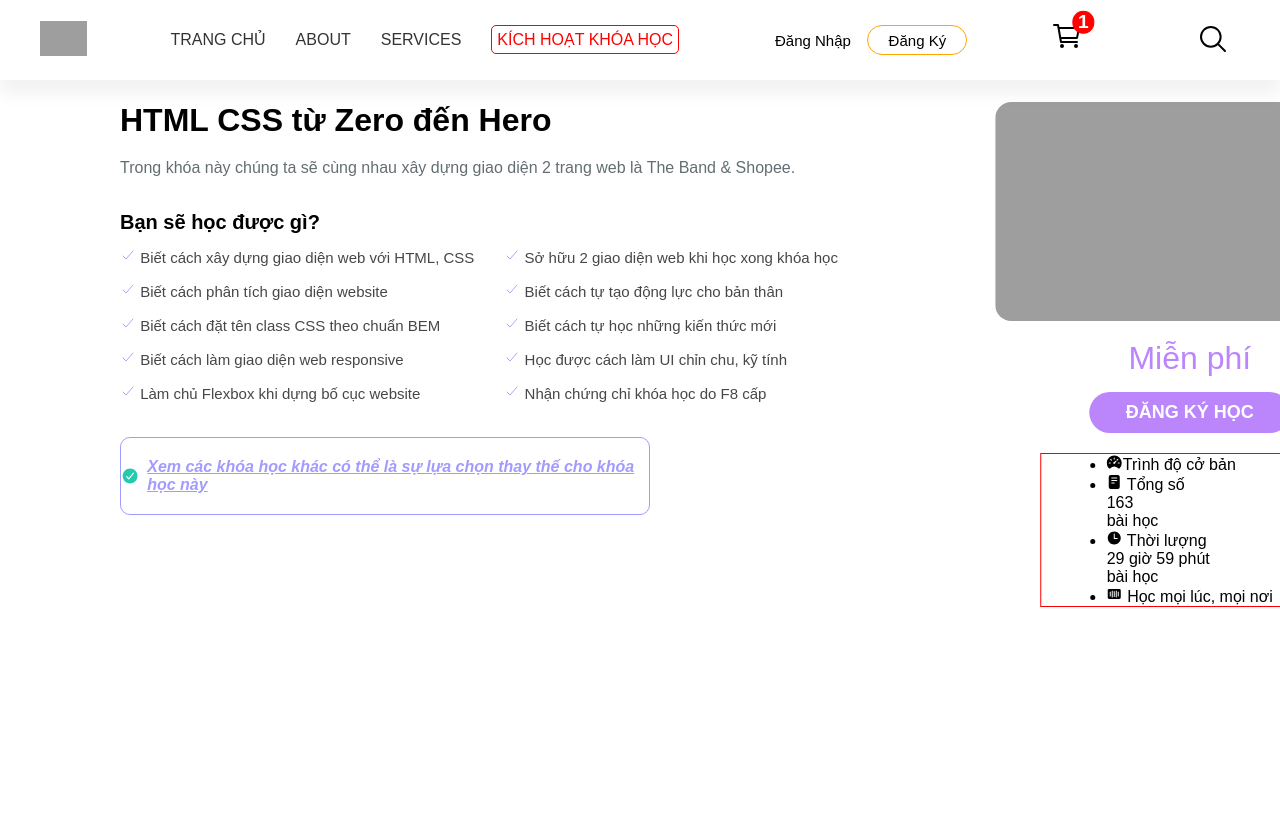
Repository: hoanghuuphuc/hoanghuuphuc
Page: details.html
An editor plug-in stored every save of this project. The page is shown before and after the next save, followed by the edit.
The browser window is 1280 px wide. The pictures show the whole page.
Pictures or frames that could not be fetched are drawn as grey boxes.

Above is the page before, as saved 2022-12-11 22:28:49.
Console error: TypeError: Cannot read properties of null (reading 'addEventListener')

### details.html
<!DOCTYPE html>
<html lang="en">
  <head>
    <meta charset="UTF-8" />
    <meta http-equiv="X-UA-Compatible" content="IE=edge" />
    <meta name="viewport" content="width=device-width, initial-scale=1.0" />
    <title>Product-Details</title>
    <link rel="stylesheet" href="./style.css" />
    <link rel="stylesheet" href="./rps_mobile.css" />
    <link rel="preconnect" href="https://fonts.gstatic.com" />
  </head>
  <body>
    <header>
      <div class="logo">
        <a href="">
          <img id="img" src="./Img/logene.jfif" alt="" />
        </a>
      </div>
      <div class="group">
        <ul class="navigation">
          <li><a href="">Trang Chủ</a></li>
          <li><a href="">About</a></li>
          <li><a href="">Services</a></li>
          <li><a id="active" href="">Kích Hoạt Khóa Học</a></li>
        </ul>
      </div>
      <div class="User">
        <div class="but">
          <button>Đăng Nhập</button>
          <button>Đăng Ký</button>
        </div>
      </div>
      <div class="icons">
        <ion-icon name="cart-outline"></ion-icon>
        <span>1</span>
      </div>
      <div class="search">
        <span class="icon">
          <ion-icon name="search-outline" class="searchBtn"></ion-icon>
          <ion-icon name="close-outline" class="closeBtn"></ion-icon>
        </span>
      </div>
      <ion-icon name="menu-outline" class="menuToggle"></ion-icon>
      <div class="searchBox">
        <input type="text" placeholder="Search here . . ." />
      </div>
    </header>
    <div class="details-section">
      <div class="details-left">
        <div class="details-left-name">
          <h1>HTML CSS từ Zero đến Hero</h1>
          <span
            >Trong khóa này chúng ta sẽ cùng nhau xây dựng giao diện 2 trang web
            là The Band & Shopee.</span
          >
        </div>
        <span class="bonus">Bạn sẽ học được gì?</span>
        <div class="details-left-content">
          <ul>
            <li>
              <ion-icon name="checkmark-outline"></ion-icon>
              Biết cách xây dựng giao diện web với HTML, CSS
            </li>
            <li>
              <ion-icon name="checkmark-outline"></ion-icon>
              Biết cách phân tích giao diện website
            </li>
            <li>
              <ion-icon name="checkmark-outline"></ion-icon>
              Biết cách đặt tên class CSS theo chuẩn BEM
            </li>
            <li>
              <ion-icon name="checkmark-outline"></ion-icon>
              Biết cách làm giao diện web responsive
            </li>
            <li>
              <ion-icon name="checkmark-outline"></ion-icon>
              Làm chủ Flexbox khi dựng bố cục website
            </li>
          </ul>
          <ul>
            <li>
              <ion-icon name="checkmark-outline"></ion-icon>
              Sở hữu 2 giao diện web khi học xong khóa học
            </li>
            <li>
              <ion-icon name="checkmark-outline"></ion-icon>
              Biết cách tự tạo động lực cho bản thân
            </li>
            <li>
              <ion-icon name="checkmark-outline"></ion-icon>
              Biết cách tự học những kiến thức mới
            </li>
            <li>
              <ion-icon name="checkmark-outline"></ion-icon>
              Học được cách làm UI chỉn chu, kỹ tính
            </li>
            <li>
              <ion-icon name="checkmark-outline"></ion-icon>
              Nhận chứng chỉ khóa học do F8 cấp
            </li>
          </ul>
        </div>
        <div class="details-left-tag">
          <ion-icon name="checkmark-circle"></ion-icon>
          <a href="#">
            Xem các khóa học khác có thể là sự lựa chọn thay thế cho khóa học
            này
          </a>
        </div>
      </div>
      <div class="details-right">
        <div class="details-right-video">
          <iframe
            width="389"
            height="219"
            src="https://www.youtube.com/embed/YTDHcEJs684"
            title="YouTube video player"
            frameborder="0"
            allow="accelerometer; autoplay; clipboard-write; encrypted-media; gyroscope; picture-in-picture"
            allowfullscreen></iframe>
        </div>
        <div class="details-right-content1">
          <span>Miễn phí</span>
          <button>ĐĂNG KÝ HỌC</button>
        </div>
        <div class="details-right-content2">
          <ul>
            <li>
              <ion-icon name="speedometer"></ion-icon
              ><span>Trình độ cở bản</span>
            </li>
            <li>
              <ion-icon name="reader"></ion-icon>
              <span
                >Tổng số
                <p>163</p>
                bài học</span
              >
            </li>
            <li>
              <ion-icon name="time"></ion-icon>
              <span
                ><span
                  >Thời lượng
                  <p>29 giờ 59 phút</p>
                  bài học</span
                ></span
              >
            </li>
            <li>
              <ion-icon name="barcode"></ion-icon
              ><span> Học mọi lúc, mọi nơi </span>
            </li>
          </ul>
        </div>
      </div>
    </div>

    <script src="./app.js"></script>
    <script
      type="module"
      src="https://unpkg.com/ionicons@5.5.2/dist/ionicons/ionicons.esm.js"></script>
    <script
      nomodule
      src="https://unpkg.com/ionicons@5.5.2/dist/ionicons/ionicons.js"></script>
  </body>
</html>

### style.css
* {
  margin: 0;
  padding: 0;
  box-sizing: border-box;
  font-family: "Poppins", sans-serif;
}
body {
  min-height: 100vh;
  overflow-x: hidden;
}
header {
  position: absolute;
  position: fixed;
  z-index: 100;
  top: 0;
  left: 0;
  width: 100%;
  height: 80px;
  background: #fff;
  padding: 20px 40px;
  display: flex;
  justify-content: space-between;
  align-items: center;
  box-shadow: 0px 15px 15px rgba(0, 0, 0, 0.05);
}
.logo img {
  height: 35px;
}
.group {
  display: flex;
  align-items: center;
}
header ul {
  position: relative;
  display: flex;
  gap: 30px;
}
header ul li {
  list-style: none;
}
header ul li a {
  position: relative;
  text-decoration: none;
  font-size: 1em;
  color: #333;
  text-transform: uppercase;
}
header ul li #active {
  border: 1px solid red;
  padding: 5px;
  color: red;
  border-radius: 5px;
}
header ul li a::before {
  content: "";
  position: absolute;
  bottom: -2px;
  width: 100%;
  height: 2px;
  background: #333;
  transform: scaleX(0);
  transition: transform 0.5s ease-in-out;
  transform-origin: right;
}
header ul li a:hover {
  opacity: 0.5;
}
header .User {
  display: flex;
  align-items: center;
}
header .User .but button:nth-child(1) {
  color: #000;
  font-size: 15px;
  height: 30px;
  width: 100px;
  outline: none;
  border: none;
  background: #fff;
}
header .User .but button:nth-child(2) {
  color: #000;
  font-size: 15px;
  height: 30px;
  width: 100px;
  border: 1px solid orange;
  background: #fff;
  border-radius: 15px;
}
header .User .but button:hover {
  opacity: 0.5;
}
header .icons {
  font-size: 2em;
  position: relative;
}
header .icons span {
  position: absolute;
  top: 0%;
  right: 0%;
  line-height: 5%;
  margin-bottom: 50px;
  font-size: 60%;
  color: #fff;
  border: 1px solid red;
  background: red;
  padding: 10px 5px 10px 5px;
  text-align: center;
  font-family: Arial, Helvetica, sans-serif;
  transform: translateX(50%) translateY(-40%);
  border-radius: 100%;
  font-weight: bold;
}
header .search {
  position: relative;
  display: flex;
  justify-content: center;
  align-items: center;
  font-size: 2em;
  z-index: 10;
  cursor: pointer;
}
.searchBox {
  position: absolute;
  right: -100%;
  width: 100%;
  height: 100%;
  display: flex;
  background: #fff;
  align-items: center;
  padding: 0 30px;
  transition: 0.5s ease-in-out;
}
.searchBox.active {
  right: 0;
}
.searchBox input {
  width: 100%;
  border: none;
  outline: none;
  height: 50px;
  color: #333;
  font-size: 1.25em;
  background: #fff;
  border-bottom: 1px solid rgba(0, 0, 0, 0.5);
}
.searchBtn {
  position: relative;
  left: 30px;
  top: 2.5px;
  transition: 0.5s ease-in-out;
}
.searchBtn.active {
  left: 0;
}
.closeBtn {
  opacity: 0;
  visibility: hidden;
  transition: 0.5s;
  scale: 0;
}
.closeBtn.active {
  opacity: 1;
  visibility: visible;
  transition: 0.5s;
  scale: 1;
}
.menuToggle {
  position: relative;
  display: none;
  left: 0;
}
.banner img {
  background-repeat: no-repeat;
  background-size: cover;
  margin-top: 4%;
}
.content {
  display: flex;
  flex-direction: row;
  margin-top: 50px;
  user-select: none;
  justify-content: center;
}
.content .content-1 {
  background-color: black;
  height: 2px;
  width: 200px;
}
.content .content-2 {
  font-size: 30px;
  font-family: "Segoe UI", Tahoma, Geneva, Verdana, sans-serif;
  font-weight: 600;
  padding: 10px;
  margin-top: -32px;
}
.content .content-3 {
  background-color: black;
  height: 2px;
  width: 200px;
}
.boxs {
  display: flex;
  justify-content: center;
  flex-wrap: wrap;
}
.box {
  margin-top: 10px;
  padding: 20px;
  margin: 10px;
  background: #f0f0f0;
  border-radius: 15px;
}
.box-image img {
  height: 250px;
  border-radius: 5%;
}
.box-content .box-name {
  display: flex;
  justify-content: center;
  align-items: center;
  padding: 10px;
}
.box-content .box-name span {
  font-weight: 700;
  margin-right: 5px;
  font-size: 20px;
  font-family: "Segoe UI", Tahoma, Geneva, Verdana, sans-serif;
  overflow: hidden;
  text-overflow: ellipsis;
  white-space: nowrap;
  width: 200px;
  text-align: center;
}
.box-content .box-price {
  display: flex;
  flex-direction: column;
  justify-content: center;
  padding: 5px 10px 10px 10px;
}
.box-content .box-price .price {
  padding: 0px 10px 10px 10px;
}
.price {
  overflow: hidden;
  text-overflow: ellipsis;
  white-space: nowrap;
  width: 210px;
}
.box-content .box-price .price span {
  font-size: 18px;
  font-weight: 500;
}
.box-content .box-price .price a {
  font-weight: 600;
}
.sale {
  overflow: hidden;
  text-overflow: ellipsis;
  white-space: nowrap;
  width: 210px;
}
.box-content .box-price .sale {
  padding: 0px 10px 0px 10px;
}
.box-content .box-price .sale span {
  font-size: 18px;
}
.box-content .box-price .sale a {
  font-size: 18px;
  color: red;
  font-weight: bold;
  text-decoration: none;
}
.box-btn {
  display: flex;
  justify-content: space-between;
  align-items: center;
  border-top: 1px solid #c0c0c0;
}
.box-btn button {
  padding: 5px 20px;
  font-size: 16px;
  font-weight: 500;
  font-family: "Lucida Sans", "Lucida Sans Regular", "Lucida Grande",
    "Lucida Sans Unicode", Geneva, Verdana, sans-serif;
  color: orangered;
  border: 1px solid orangered;
  border-radius: 5px;
  margin-top: 15px;
}
.box-btn button:hover {
  opacity: 0.5;
}
.box-btn ion-icon {
  font-size: 25px;
  font-weight: 500;
  color: orangered;
  margin-top: 15px;
  font-weight: 300;
}
.box-btn ion-icon:hover {
  opacity: 0.5;
}
.title {
  padding: 20px 0px 20px 150px;
}
.title span {
  font-size: 18px;
}
.tabs {
  display: flex;
  justify-content: flex-start;
  padding: 10px 150px 0px 150px;
  flex-wrap: wrap;
}
.tabs .tab-item {
  margin: 0px 0px 0px 5px;
}
.tabs .line {
  position: absolute;
  left: 0;
  bottom: 0;
  width: 0;
  height: 6px;
  border-radius: 15px;
  transition: all 0.2s ease;
}
.tab-item {
  min-width: 80px;
  padding: 5px 10px;
  font-size: 20px;
  text-align: center;
  color: #181821;
  background-color: #dee1e2;
  border-top-left-radius: 5px;
  border-top-right-radius: 5px;
  border-bottom: 5px solid transparent;
  opacity: 0.6;
  cursor: pointer;
  transition: all 0.5s ease;
  display: flex;
  justify-content: center;
  align-items: center;
  border-bottom: 2px solid #000;
}
.tab-icon {
  font-size: 24px;
  position: relative;
}
.tab-item:hover {
  opacity: 1;
  background-color: rgba(194, 53, 100, 0.05);
  border-color: rgba(194, 53, 100, 0.1);
}
.tab-item.active {
  opacity: 1;
  color: #ff4500;
  font-weight: 500;
  border-bottom: 2px solid #ff4500;
}
.tab-content {
  padding: 28px 0px 0px 150px;
}
.tab-pane {
  color: #333;
  display: none;
}
.tab-pane.active {
  display: block;
}
.tab-pane h2 {
  font-size: 24px;
  margin-bottom: 8px;
}
.boxeds {
  display: flex;
  flex-wrap: wrap;
}
.boxed {
  margin-top: 10px;
  padding: 20px;
  margin: 20px 20px 10px 0px;
  background: #f0f0f0;
  border-radius: 15px;
}
.boxed-image img {
  height: 250px;
  width: auto;
  border-radius: 10px;
  overflow: hidden;
  object-fit: cover;
}
.boxed-content .boxed-content-name {
  display: flex;
  justify-content: center;
  align-items: center;
  padding: 10px;
}
.boxed-content-name span {
  font-weight: 600;
  margin-right: 5px;
  font-size: 20px;
  font-family: "Segoe UI", Tahoma, Geneva, Verdana, sans-serif;
  overflow: hidden;
  text-overflow: ellipsis;
  white-space: nowrap;
  width: 200px;
  text-align: center;
  font-weight: 700;
}
.boxed-content-price {
  padding: 5px 10px 10px 10px;
}
.boxed-content-price1 span {
  font-size: 18px;
  font-weight: 500;
}
.boxed-content-price1 a {
  font-weight: 600;
}
.boxed-content-sale {
  padding: 10px 10px 10px 0px;
}
.boxed-content-sale span {
  font-size: 18px;
  font-weight: 500;
}
.boxed-content-sale a {
  font-weight: 600;
  color: red;
}
.boxed-content-btn {
  display: flex;
  justify-content: space-between;
  align-items: center;
  border-top: 1px solid #c0c0c0;
}
.boxed-content-btn button {
  padding: 5px 20px;
  font-size: 16px;
  font-weight: 500;
  font-family: "Lucida Sans", "Lucida Sans Regular", "Lucida Grande",
    "Lucida Sans Unicode", Geneva, Verdana, sans-serif;
  color: orangered;
  border: 1px solid orangered;
  border-radius: 5px;
  margin-top: 15px;
}
.boxed-content-btn button:hover {
  opacity: 0.5;
}
.boxed-content-btn ion-icon {
  font-size: 25px;
  font-weight: 500;
  color: orangered;
  margin-top: 15px;
  font-weight: 300;
}
.boxed-content-btn ion-icon:hover {
  opacity: 0.5;
}
footer {
  background: #181821;
  display: flex;
  justify-content: space-around;
  padding: 100px;
}
.footer-one a {
  font-size: 25px;
  padding: 5px;
  color: #fff;
  font-weight: 600;
}
.footer-one ul li {
  color: #a9b3bb;
  list-style: none;
  padding: 5px;
  font-size: 16px;
}
.footer-one span {
  font-style: italic;
}
.footer-two span {
  font-size: 25px;
  padding: 5px;
  color: #fff;
  font-weight: 600;
}
.footer-two ul li {
  color: #a9b3bb;
  list-style: none;
  padding: 5px;
  font-size: 16px;
}
.footer-three span {
  font-size: 25px;
  padding: 5px;
  color: #fff;
  font-weight: 600;
}
.footer-three ul li {
  color: #a9b3bb;
  list-style: none;
  padding: 5px;
  font-size: 16px;
}
.footers {
  display: flex;
  justify-content: space-around;
  background: #181821;
  padding: 10px;
  border-top: 2px solid #333;
  align-items: center;
}
.footers-text {
  color: #a9b3bb;
  font-size: 16px;
}
.footers-media img {
  width: auto;
  height: 40px;
  object-fit: cover;
  padding: 5px;
}
/* Css của form login */
.container {
  display: flex;
  justify-content: center;
  flex-direction: column;
  align-items: center;
  min-height: 100vh;
}
.form-login {
  border: 1px solid #999;
  padding: 50px 50px 30px 50px;
  width: 400px;
}
.form-login-input {
  margin: 15px 0;
}
.form-login-image {
  display: flex;
  justify-content: center;
  margin-bottom: 50px;
}
.form-input {
  border: 1px solid #999;
  border-radius: 4px;
  width: 100%;
  height: 50px;
  padding: 0 20px;
  transition: 0.25s ease;
  outline: none;
}
.form-input:focus {
  border-color: #ff4500;
}
.form-login-input {
  position: relative;
}
.form-label {
  position: absolute;
  top: 50%;
  transform: translateY(-50%);
  left: 21px;
  user-select: none;
  color: #999;
  pointer-events: none;
  transition: 0.25s ease;
}
.form-input:not(:placeholder-shown) + .form-label,
.form-input:focus + .form-label {
  top: 0;
  left: 11px;
  padding: 0 10px;
  display: inline-block;
  background-color: #fff;
  color: #ff4500;
  font-weight: 500;
  font-size: 14px;
}
.form-login-input .fa-regular {
  position: absolute;
  left: 90%;
  top: 18px;
  cursor: pointer;
}
.form-login-input .hidden {
  display: none;
}
.remember {
  display: flex;
  align-items: center;
}
.remember span {
  color: #999;
  margin-left: 10px;
}
.btn-login button {
  margin-top: 10px;
  width: 100%;
  padding: 8px;
  font-weight: 600;
  font-style: 20px;
  transition: 0.25s ease;
  font-family: "Segoe UI", Tahoma, Geneva, Verdana, sans-serif;
}
.btn-login button:hover {
  opacity: 0.5;
}
.or {
  display: flex;
  flex-direction: row;
  margin-top: 20px;
  user-select: none;
  justify-content: center;
}
.or-left {
  background-color: #999;
  height: 1px;
  width: 45%;
}
.or-center {
  font-family: "Segoe UI", Tahoma, Geneva, Verdana, sans-serif;
  font-weight: 600;
  padding: 10px;
  margin-top: -22px;
  color: #999;
}
.or-right {
  background-color: #999;
  height: 1px;
  width: 45%;
}
.forgot {
  padding-top: 20px;
  display: flex;
  justify-content: flex-end;
}
.forgot a {
  text-decoration: none;
  font-weight: 500;
  color: rgb(0, 149, 246);
}
.logins {
  display: grid;
  grid-template-columns: 1fr 3fr;
  align-items: center;
  padding: 0 10px;
}
.logins a {
  text-decoration: none;
}
.logins span {
  color: #333;
  padding-left: 10%;
  font-weight: 600;
  font-family: "Segoe UI", Tahoma, Geneva, Verdana, sans-serif;
}
.logins img {
  height: 30px;
  margin-left: 10px;
  transform: translateX(100%);
}
.login-facebook {
  margin-bottom: 10px;
}
.form-login-2 {
  border: 1px solid #999;
  padding: 20px 60px;
  margin-top: 10px;
}
.form-login-2 span a {
  text-decoration: none;
  font-weight: 600;
  color: rgb(0, 149, 246);
  font-family: "Segoe UI", Tahoma, Geneva, Verdana, sans-serif;
}
/* Css của trang chi tiết */
.details-section {
  margin-top: 8%;
  display: grid;
  grid-template-columns: 3fr 1fr;
  padding: 0 120px;
}
.details-left {
}
.details-left-name {
  margin-bottom: 20px;
}
.details-left-name h1 {
  margin-bottom: 20px;
}
.details-left-name span {
  font-weight: 300;
  color: #636e72;
}
.details-section .bonus {
  font-weight: 600;
  font-size: 20px;
  line-height: 50px;
}
.details-left-content {
  display: flex;
  flex-wrap: wrap;
  justify-content: flex-start;
  align-items: center;
}
.details-left-content ul li {
  list-style: none;
  margin-bottom: 15px;
  padding-left: 0;
  margin-right: 30px;
  font-size: 15px;
  color: #333;
  font-weight: 300;
  opacity: 0.9;
}
.details-left-content ul li ion-icon {
  color: #a29bfe;
  font-weight: bold;
  font-size: 16px;
}
.details-left-tag {
  margin-top: 20px;
  display: flex;
  align-items: center;
  justify-content: center;
  border: 1px solid #a29bfe;
  width: 68%;
  padding: 20px 0px;
  border-radius: 10px;
}
.details-left-tag ion-icon {
  margin-right: 8px;
  color: #22caaf;
  font-size: 20px;
}
.details-left-tag a {
  font-weight: 600;
  font-style: italic;
  color: #a29bfe;
  text-decoration: none;
  text-decoration-line: underline;
}
.details-right {
  display: flex;
  flex-direction: column;
  align-items: center;
  position: fixed;
  transform: translateX(225%);
}
.details-right-video iframe {
  border-radius: 16px;
}
.details-right-content1 {
  display: flex;
  flex-direction: column;
  align-items: center;
}
.details-right-content1 span {
  margin: 15px;
  font-size: 32px;
  user-select: none;
  color: #bb86fc !important;
}
.details-right-content1 button {
  font-size: 1rem;
  padding: 10px 36px;
  border-radius: 999px !important;
  border: none;
  background: #bb86fc !important;
  color: #fff;
  font-size: 18px;
  font-weight: 600;
}
.details-right-content2 {
  margin-top: 20px;
  display: flex;
  align-items: center;
  justify-content: center;
  border: 1px solid red;
  width: 300px;
}

### app.js
let searchBtn = document.querySelector(".searchBtn");
let closeBtn = document.querySelector(".closeBtn");
let searchBox = document.querySelector(".searchBox");
let navigation = document.querySelector(".navigation");
let menuToggle = document.querySelector(".menuToggle");
let header = document.querySelector("header");
searchBtn.onclick = function () {
  searchBox.classList.add("active");
  closeBtn.classList.add("active");
  searchBtn.classList.add("active");
  menuToggle.classList.add("hide");
  header.classList.remove("open");
};
closeBtn.onclick = function () {
  searchBox.classList.remove("active");
  closeBtn.classList.remove("active");
  searchBtn.classList.remove("active");
  menuToggle.classList.remove("hide");
};
menuToggle.onclick = function () {
  header.classList.toggle("open");
  searchBox.classList.remove("active");
  closeBtn.classList.remove("active");
  searchBtn.classList.remove("active");
};
const $ = document.querySelector.bind(document);
const $$ = document.querySelectorAll.bind(document);

const tabs = $$(".tab-item");
const panes = $$(".tab-pane");

const tabActive = $(".tab-item.active");
const line = $(".tabs .line");

// SonDN fixed - Active size wrong size on first load.
// Original post: https://www.facebook.com/groups/649972919142215/?multi_permalinks=1175881616551340
requestIdleCallback(function () {
  line.style.left = tabActive.offsetLeft + "px";
  line.style.width = tabActive.offsetWidth + "px";
});

tabs.forEach((tab, index) => {
  const pane = panes[index];

  tab.onclick = function () {
    $(".tab-item.active").classList.remove("active");
    $(".tab-pane.active").classList.remove("active");

    line.style.left = this.offsetLeft + "px";
    line.style.width = this.offsetWidth + "px";

    this.classList.add("active");
    pane.classList.add("active");
  };
});
const input = document.querySelector(".form-input");
const eyeOpen = document.querySelector(".eye-open");
const eyeClose = document.querySelector(".eye-close");
eyeOpen.addEventListener("click", function () {
  eyeOpen.classList.add("hidden");
  eyeClose.classList.remove("hidden");
  input.setAttribute("type", "password");
});
eyeClose.addEventListener("click", function () {
  eyeOpen.classList.remove("hidden");
  eyeClose.classList.add("hidden");
  input.setAttribute("type", "text");
});

Loaded but not shown: css/rps_mobile.css (no copy from this time; the picture is the same without it)

After the next save:
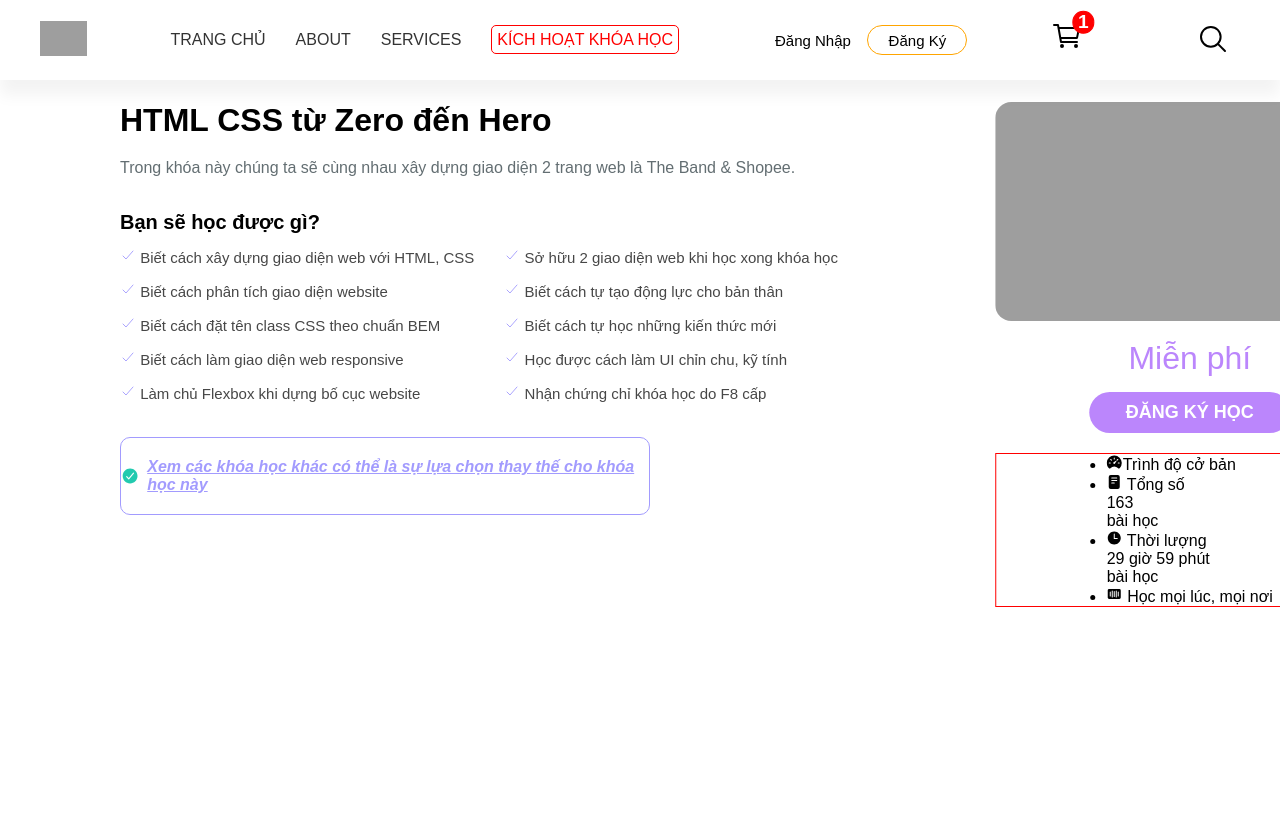
Saved 11 s later.
--- a/style.css
+++ b/style.css
@@ -781,5 +781,5 @@ footer {
   align-items: center;
   justify-content: center;
   border: 1px solid red;
-  width: 300px;
-}
+  width: 100%;
+}
